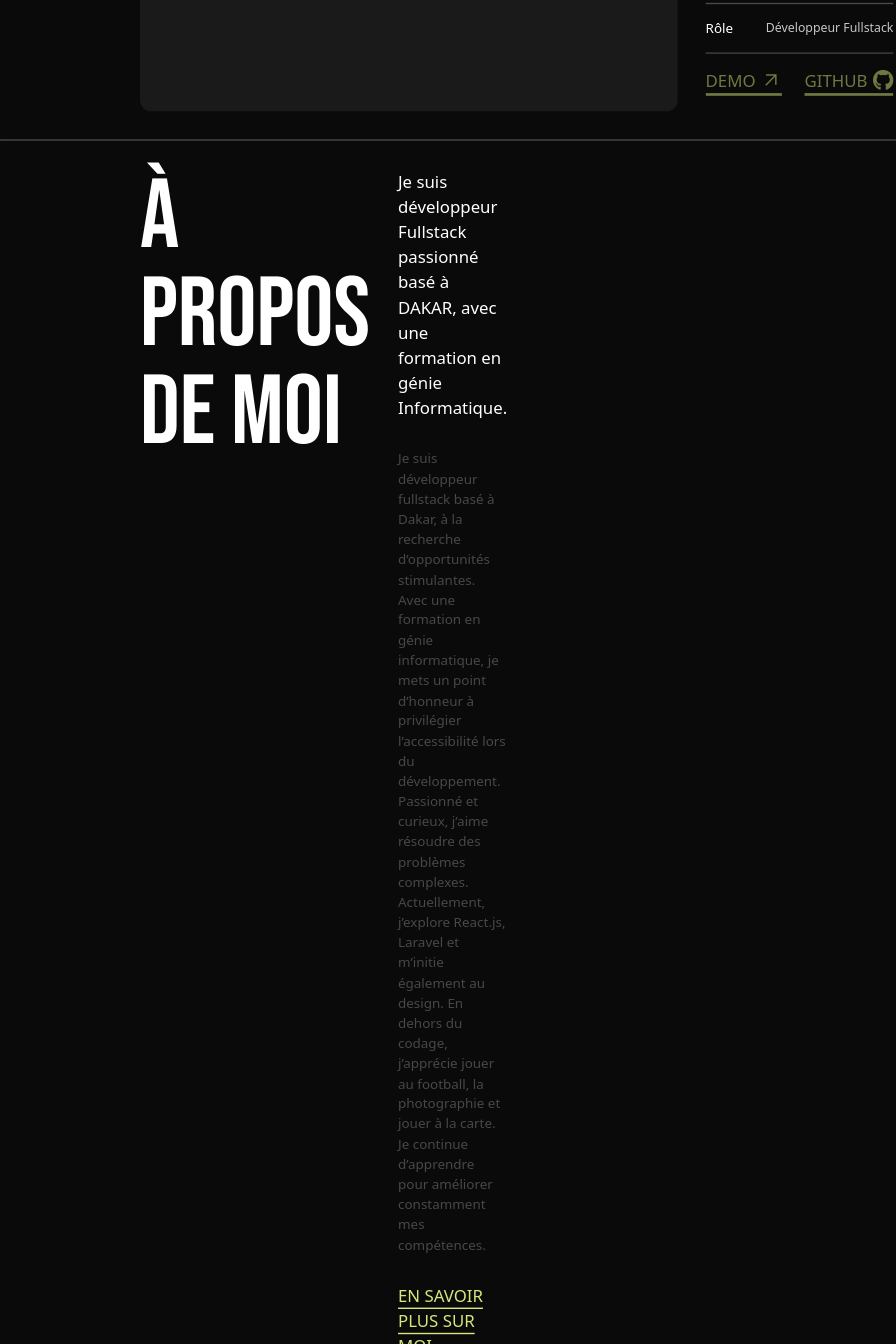
Repository: muslimdrame37-oss/Portfolio1
Page: src/index.html
The author's editor kept a copy of each file at every save. The page is drawn from the files as they stood at one save, then again after the next save.
The browser window is 1280 px wide. The pictures show the part of the page from y = 3180 to 5100 px (the page is 6048 px tall before and 4918 px after), at 70% of full size.
Some web fonts or font styles are not loaded; a fallback is used. Some web libraries are served in a nearby version.

Above is the page before, as saved 2026-02-11 16:24:25.

After the next save:
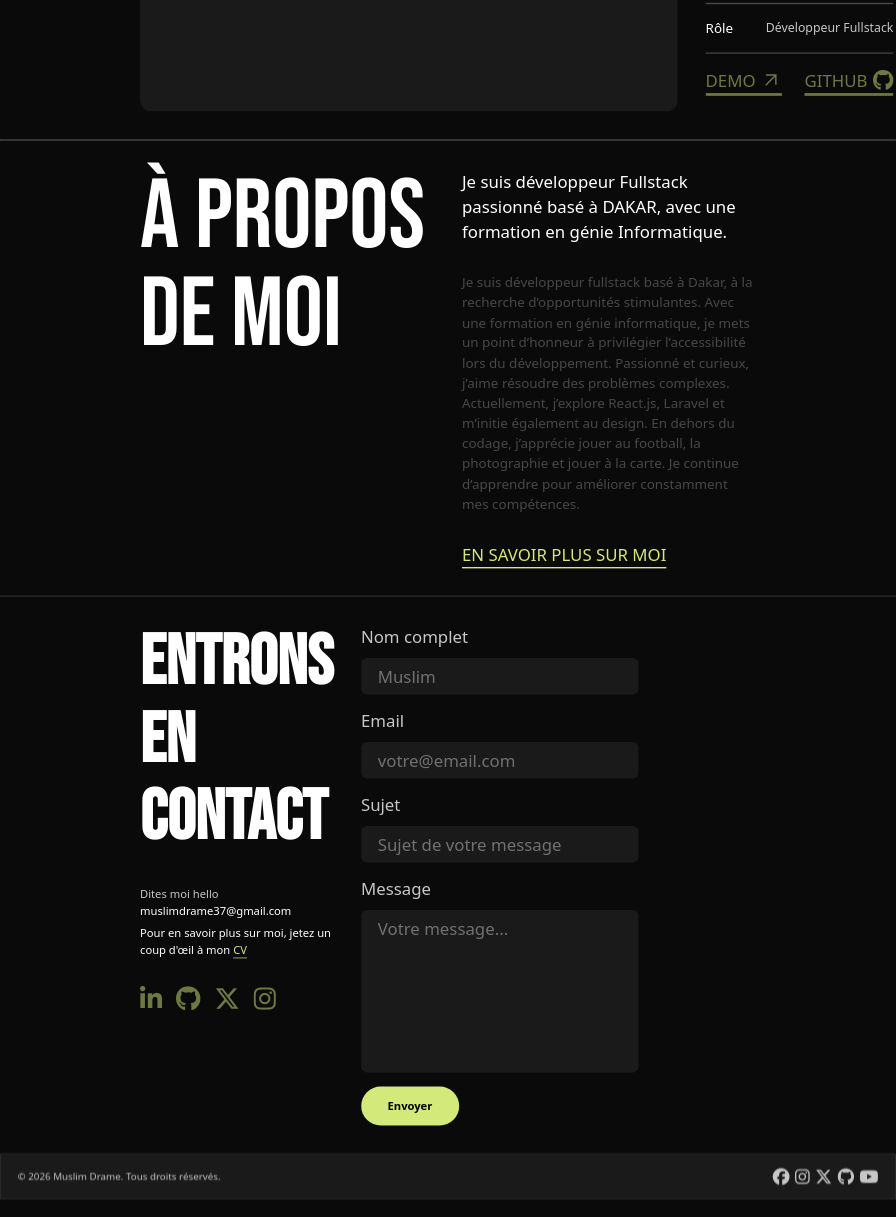
Saved 5 s later.
--- a/src/index.html
+++ b/src/index.html
@@ -244,7 +244,7 @@
         <!-- À PROPOS DE MOI -->
         <div class="w-full border-[#484848] border my-10"></div>
 
-        <section class=" flex flex-col px-8 gap-5 lg:flex-row lg:gap-10 lg:w-1/2 lg:px-50 justify-between">
+        <section class=" flex flex-col px-8 gap-5 lg:flex-row lg:gap-10 lg:px-50 justify-between">
             <div class="text-6xl text-white  lg:w-200 lg:text-[140px] font-bebas">À PROPOS DE MOI</div>
             <div class="lg:w-200">
                 <div class="flex flex-col gap-10 ">
